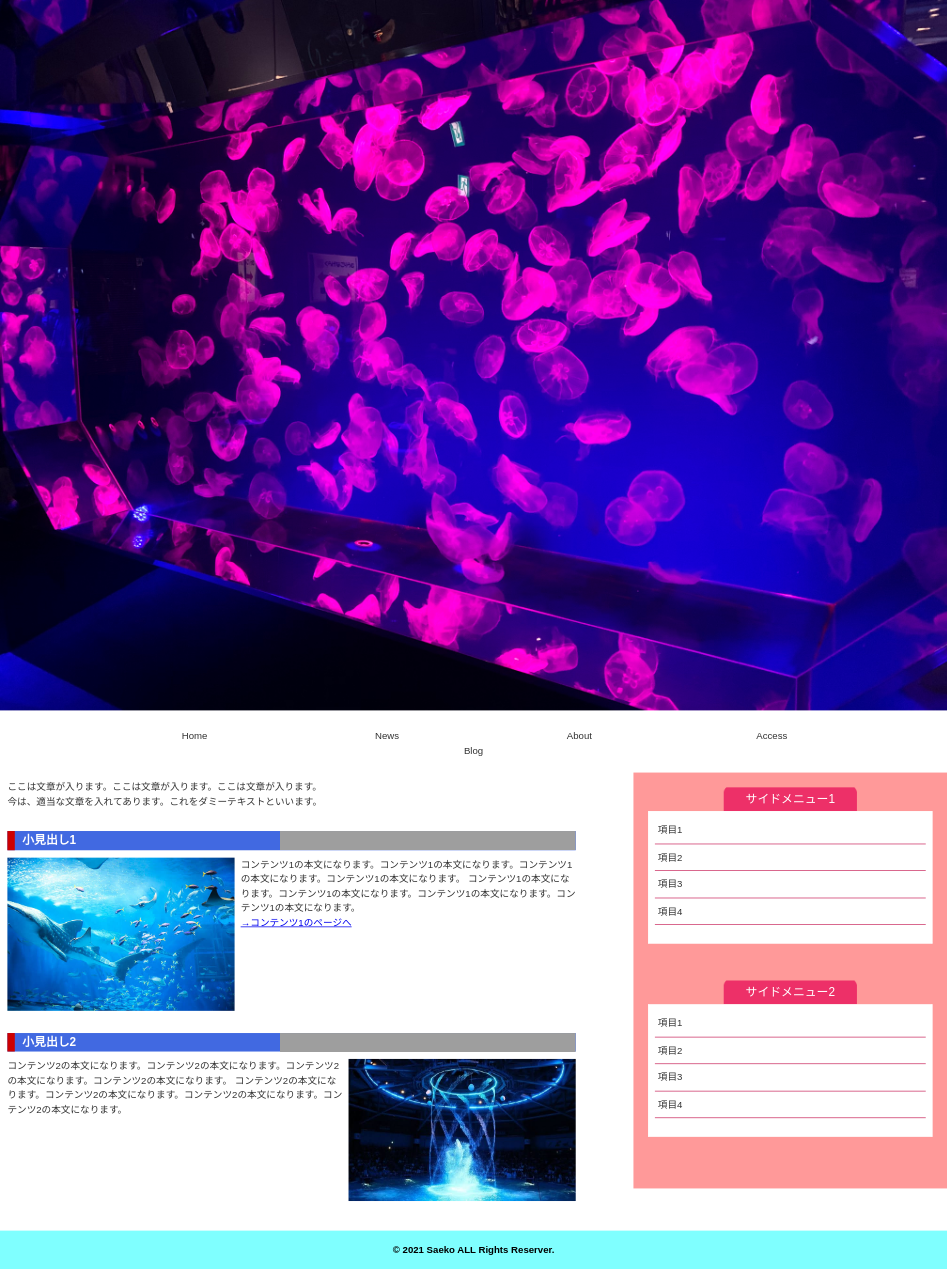
Repository: mizoguhi/mizoguhi
Page: test/saeko.html
The author's editor kept a record of every edit. The page is drawn from the files as they stood at one moment, then again after the next edit.
The browser window is 1280 px wide. The pictures show the whole page, at 74% of full size.
Pictures or frames that could not be fetched are drawn as grey boxes.

Above is the page before.

After the next edit:
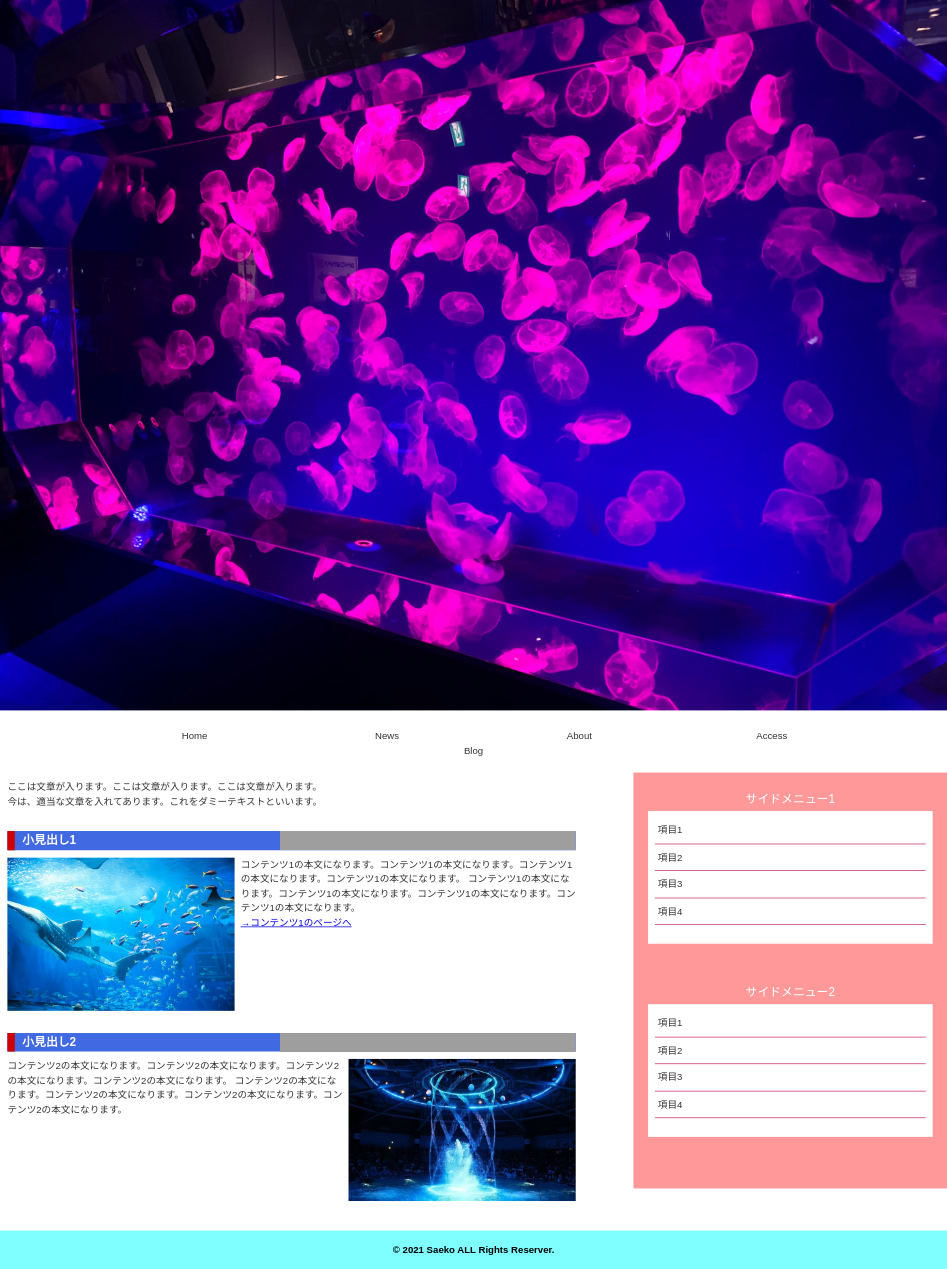
The edit:
--- a/test/stylesheet.css
+++ b/test/stylesheet.css
@@ -136,7 +136,7 @@
  	 font-size: 16px;
  	 line-height: 16px;
  	 font-weight: normal;
- 	 background: url(images/side_box_h2.png) center no-repeat;
+ 	 background: center no-repeat;
  }
  #side .box .boxBody {
  	 padding: 8px;
